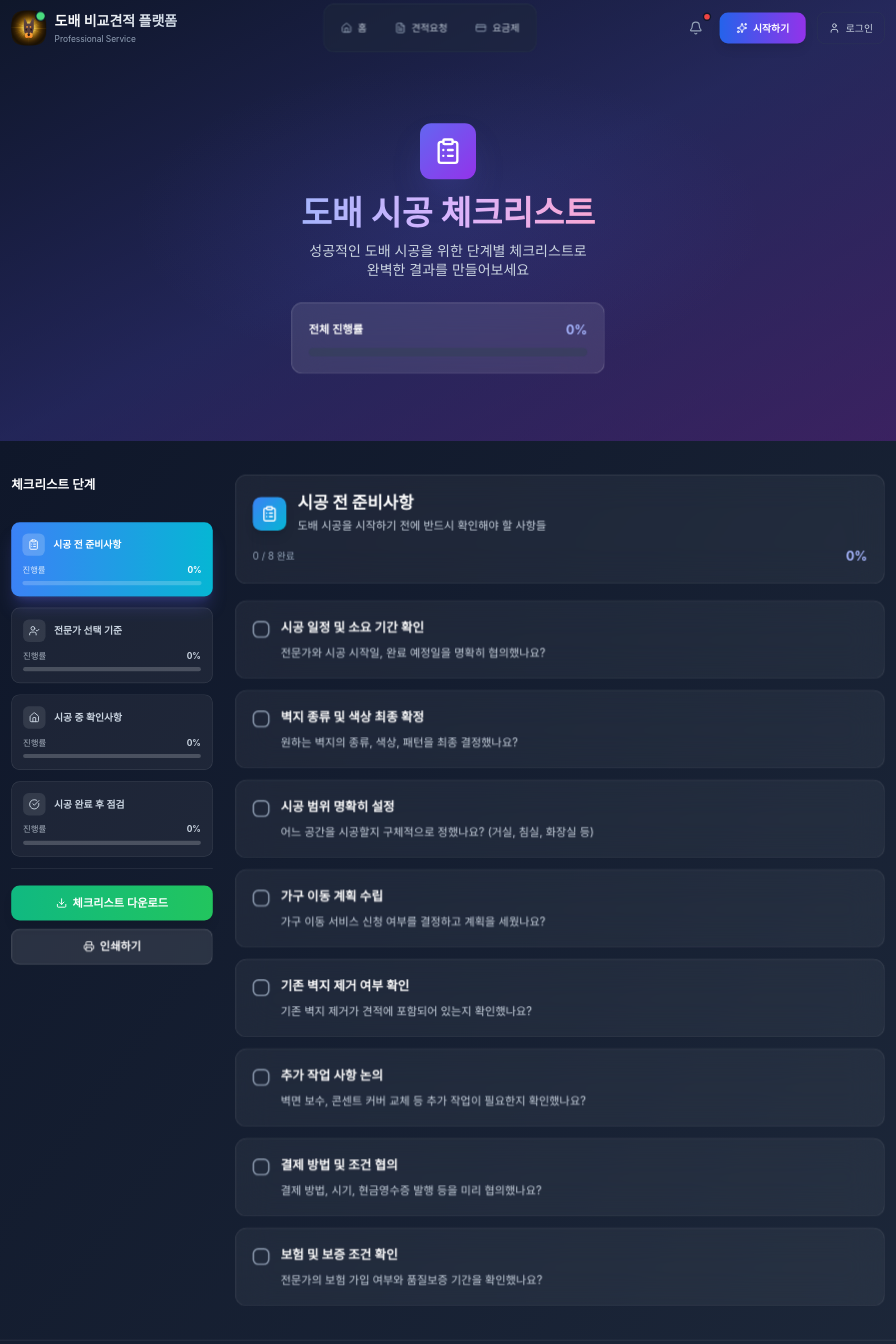
Repository: rambozzang/doberman_nextjs
Page: /checklist
An editor plug-in stored every save of this project. The page is shown before and after the next save, followed by the edit.
The browser window is 1280 px wide. The pictures show the part of the page from y = 0 to 1920 px (the page is 2862 px tall), at 70% of full size.
The project was rebuilt for these pictures with package versions that can differ from the ones it lists, and the page was loaded fresh each time. The framework's server and built-in components were replaced by stand-ins that run in the browser. Also part of the build but not shown: next.config.mjs, next.config.ts, src/components/LoginModal.tsx.

Above is the page before, as saved 2025-06-23 01:25:25.

After the next save:
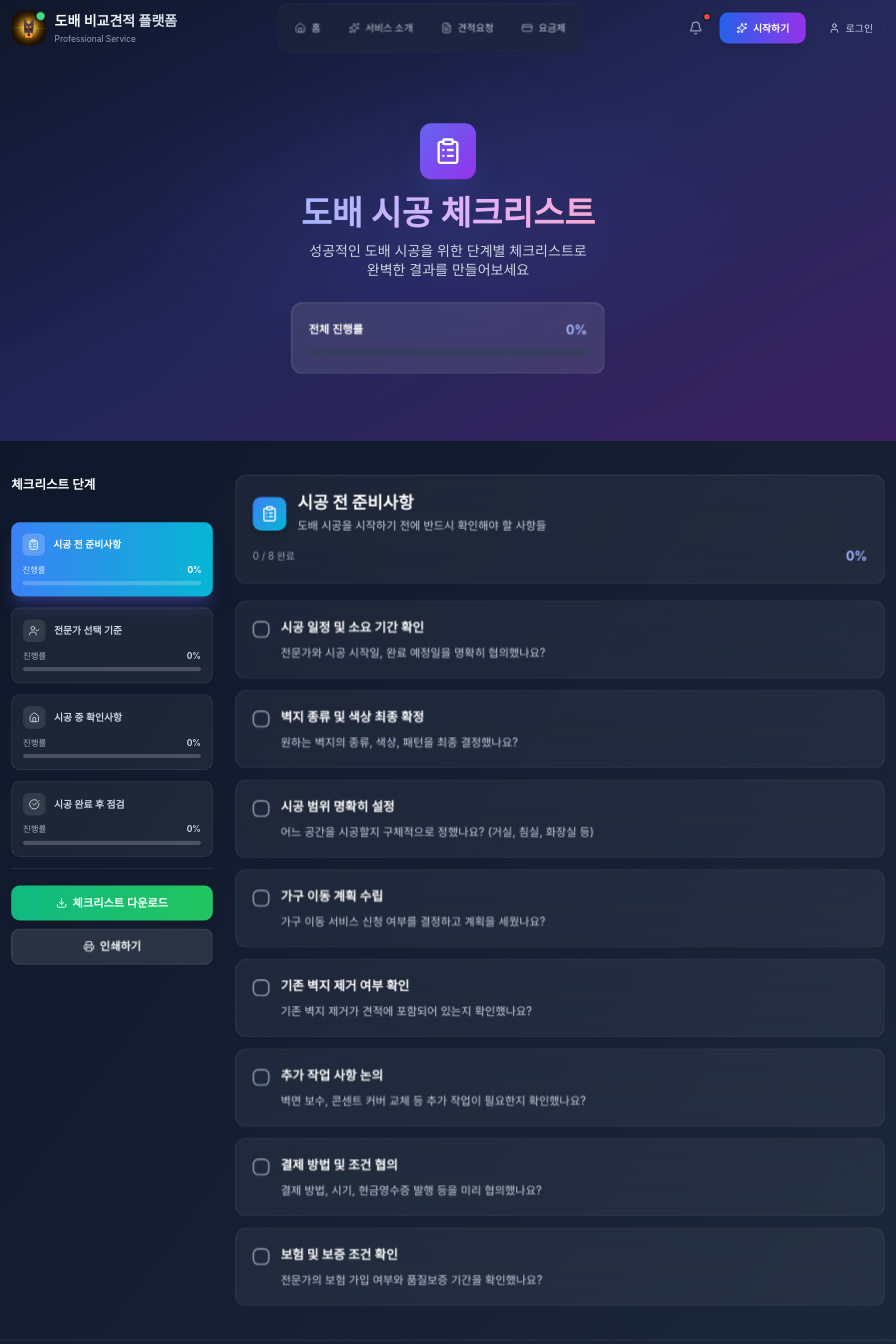
Saved 3 min 45 s later.
--- a/src/components/Header.tsx
+++ b/src/components/Header.tsx
@@ -32,6 +32,11 @@ const defaultNavigationItems: NavigationItem[] = [
     title: "홈",
     href: "/",
     icon: <Home className="w-4 h-4" />,
+  },
+  {
+    title: "서비스 소개",
+    href: "/service-intro",
+    icon: <Sparkles className="w-4 h-4" />,
   },
   {
     title: "견적요청",
